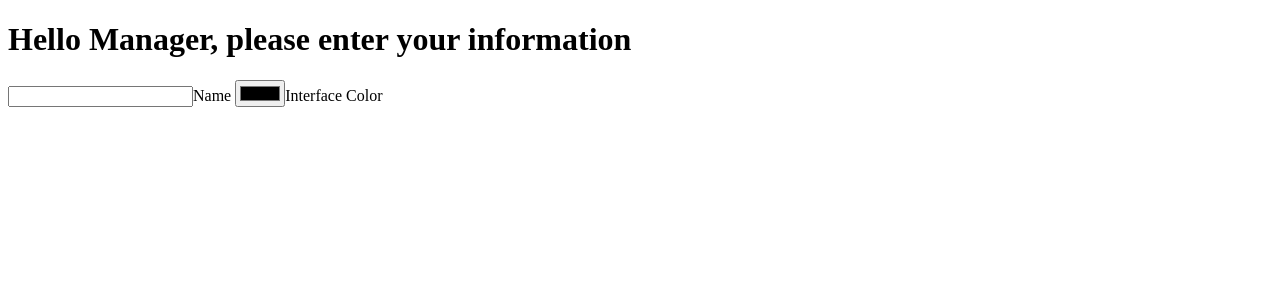
Repository: ir1998/cs201
Page: CSCI201Factory_Lab4/WebContent/setupForm.html
The author's editor kept a copy of each file at every save. The page is drawn from the files as they stood at one save, then again after the next save.
The browser window is 1280 px wide. The pictures show the whole page.

Above is the page before, as saved 2017-02-07 16:09:23.

### CSCI201Factory_Lab4/WebContent/setupForm.html
<!DOCTYPE html>
<html>
<head>
<meta charset="UTF-8">
<title>Factory Setup</title>
</head>
<body>
<h1>Hello Manager, please enter your information</h1>
<td><input type="text" name="name"/>Name</td>
<td><input type="color" name="color"/>Interface Color</td>
</body>
</html>

After the next save:
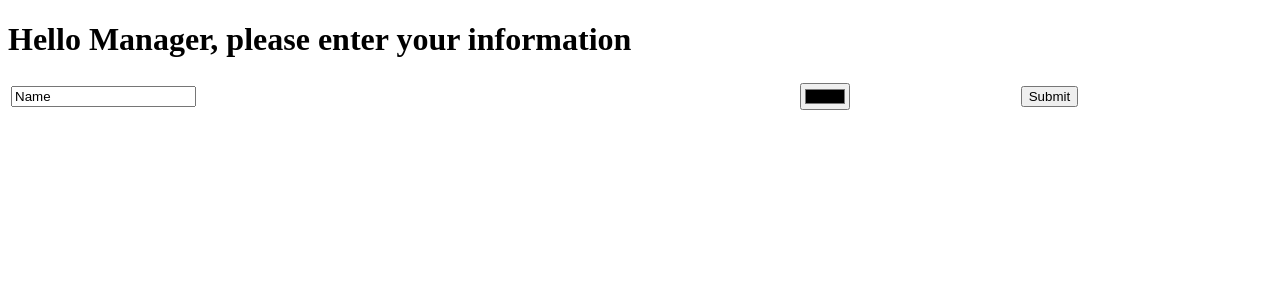
Saved 7 min 13 s later.
--- a/CSCI201Factory_Lab4/WebContent/setupForm.html
+++ b/CSCI201Factory_Lab4/WebContent/setupForm.html
@@ -6,7 +6,12 @@
 </head>
 <body>
 <h1>Hello Manager, please enter your information</h1>
-<td><input type="text" name="name"/>Name</td>
-<td><input type="color" name="color"/>Interface Color</td>
+<table style="width:100%">
+  <tr>
+    <td><input type="text" name="name" value="Name"/></td>
+    <td><input type="color" name="color" value="Interface Color"/></td>
+    <td><input type="submit" name="submit" value="Submit"/></td>
+  </tr>
+</table>
 </body>
 </html>
